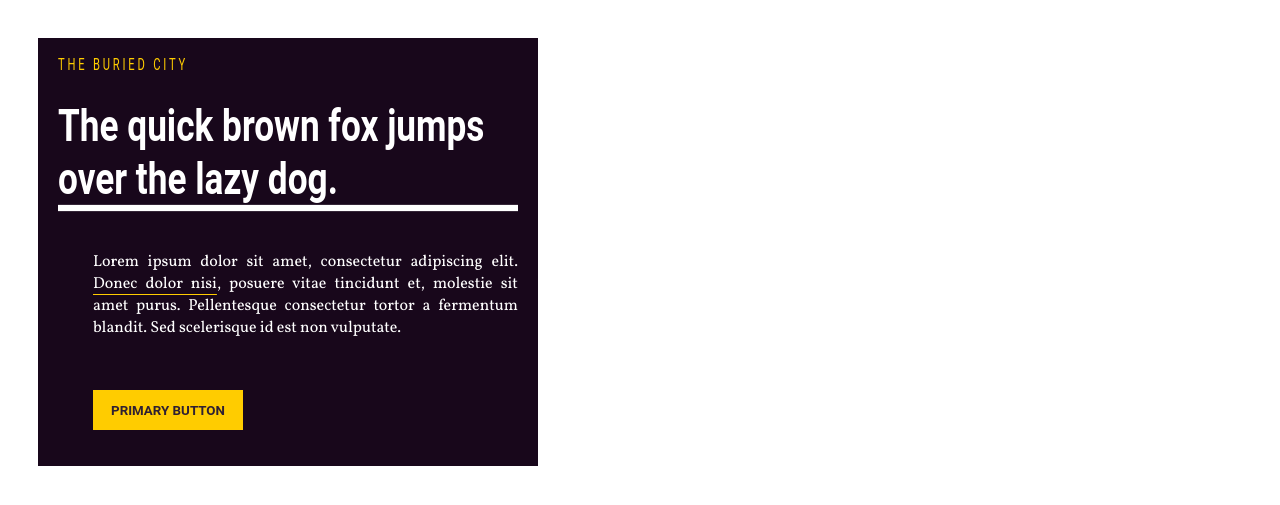
Repository: rafigabriel/TP2---Web-I
Page: ex03-css/index.html
An editor plug-in stored every save of this project. The page is shown before and after the next save, followed by the edit.
The browser window is 1280 px wide. The pictures show the whole page.

Above is the page before, as saved 2024-09-09 18:25:11.

After the next save:
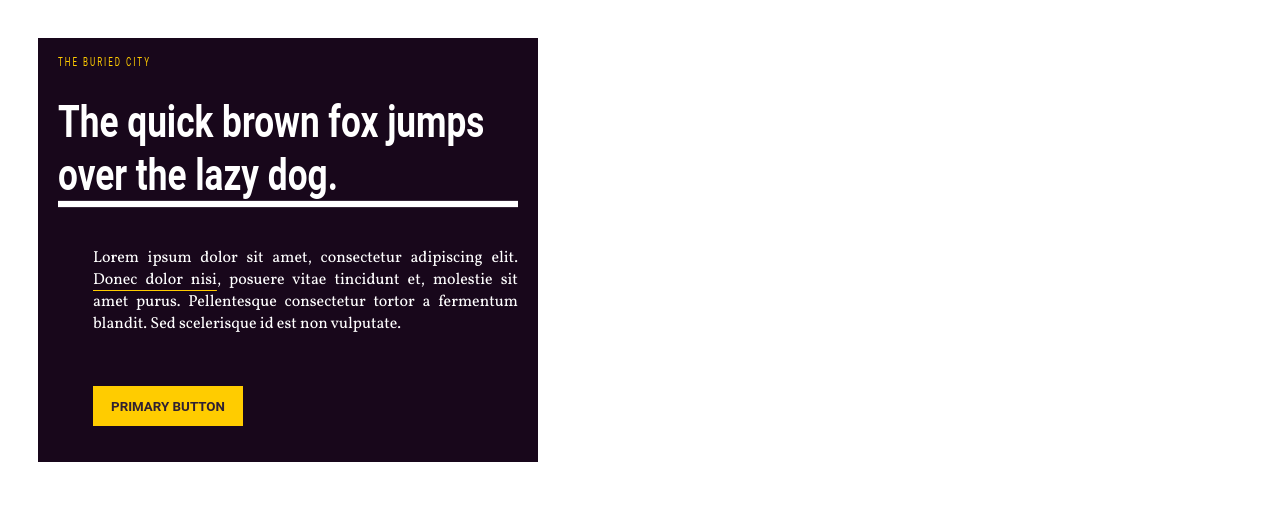
Saved 26 s later.
--- a/ex03-css/style.css
+++ b/ex03-css/style.css
@@ -37,7 +37,7 @@
     font-family: "Roboto", sans-serif;
     font-style: normal;
     font-weight: 400;
-    font-size: 0.7em;
+    font-size: 0.5em;
     color: #FFCC00;
     letter-spacing: 0.25em;
     margin-top: auto;

After the save that followed:
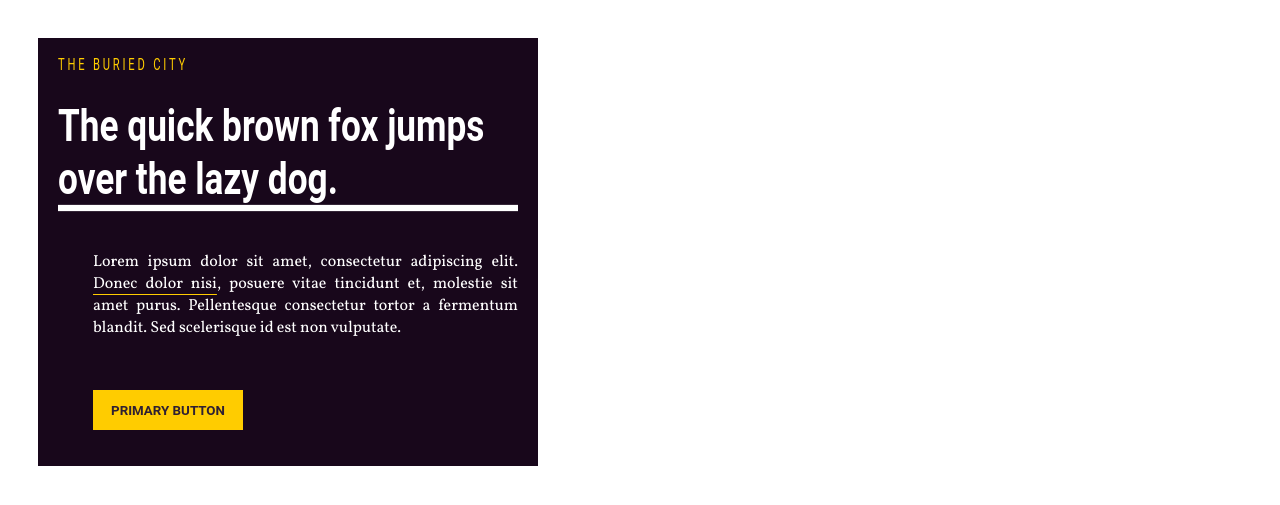
Saved 6 s later.
--- a/ex03-css/style.css
+++ b/ex03-css/style.css
@@ -37,7 +37,7 @@
     font-family: "Roboto", sans-serif;
     font-style: normal;
     font-weight: 400;
-    font-size: 0.5em;
+    font-size: 0.7em;
     color: #FFCC00;
     letter-spacing: 0.25em;
     margin-top: auto;
